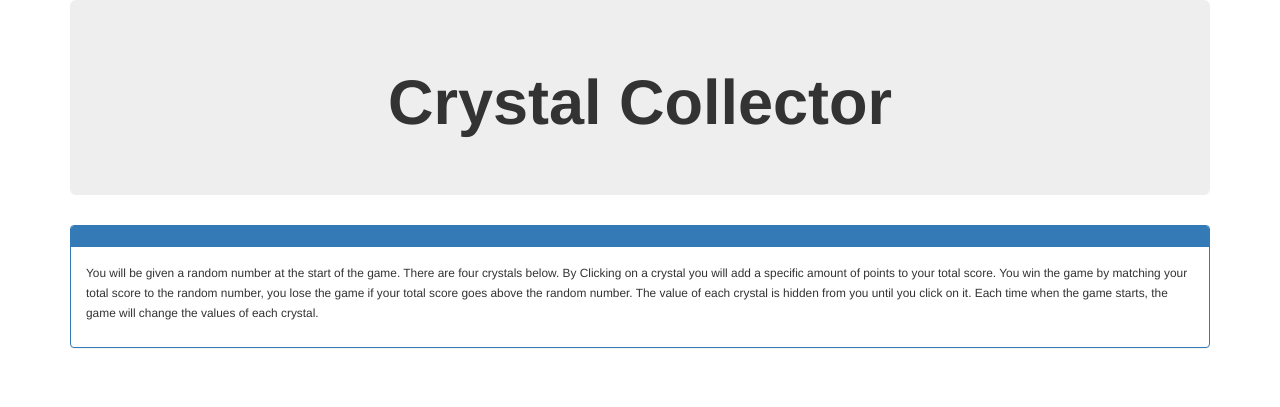
Repository: mikecherry1/week-4-game
Page: index.html
The author's editor kept a copy of each file at every save. The page is drawn from the files as they stood at one save, then again after the next save.
The browser window is 1280 px wide. The pictures show the whole page.

Above is the page before, as saved 2017-11-19 18:21:53.

### index.html
<!doctype html>
<html lang="en">
  <head>

    <!-- Required meta tags -->
    <meta charset="utf-8">
    <meta name="viewport" content="width=device-width, initial-scale=1, shrink-to-fit=no">

    <!-- Bootstrap CSS -->
    <link rel="stylesheet" <link href="https://maxcdn.bootstrapcdn.com/bootstrap/3.3.7/css/bootstrap.min.css" rel="stylesheet" integrity="sha384-BVYiiSIFeK1dGmJRAkycuHAHRg32OmUcww7on3RYdg4Va+PmSTsz/K68vbdEjh4u"
        crossorigin="anonymous">
  </head>
  <body>

    <div class="container">

        <div class="jumbotron" style "bg-color: purple; color: white;">
        <div class="container">
            <h1 class="text-center"><strong>Crystal Collector</strong></h1>
        </div>
    </div>

    <div class="row">

        <div class="col-lg-12">

            <div class="panel panel-primary">
                <div class="panel-heading">
                    <h3 class="panel-title text-center"<Instructions></h3>
                </div>
                <div class="panel-body">
                    <p><small>You will be given a random number at the start of the game. There are four crystals below. By Clicking on a crystal you will add a specific amount of points to your total score. You win the game by matching your total score to the random number, you lose the game if your total score goes above the random number. The value of each crystal is hidden from you until you click on it. Each time when the game starts, the game will change the values of each crystal.</small></p>
            </div>


        </div>

    </div>



    </div>



  </body>
</html>

After the next save:
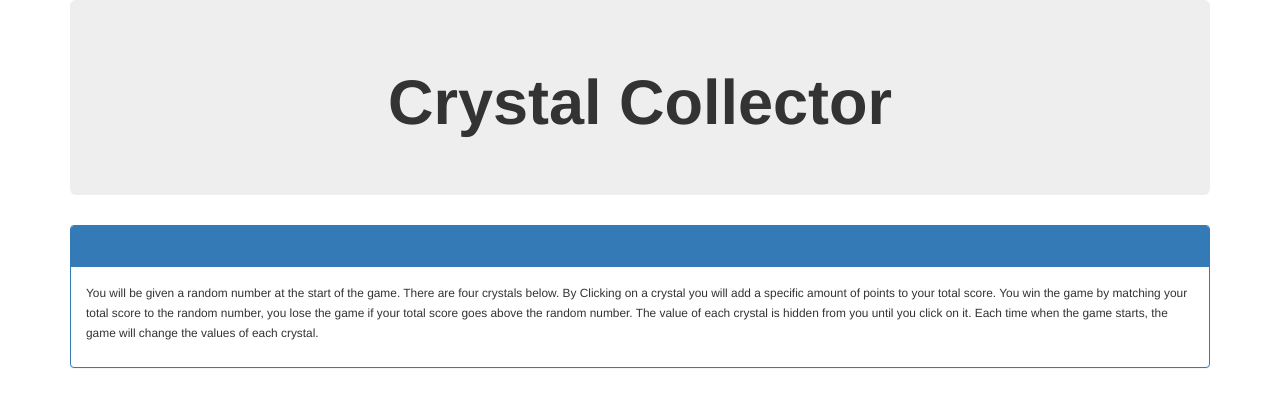
Saved 27 s later.
--- a/index.html
+++ b/index.html
@@ -26,7 +26,7 @@
 
             <div class="panel panel-primary">
                 <div class="panel-heading">
-                    <h3 class="panel-title text-center"<Instructions></h3>
+                    <h3 class="text-center"<Instructions></h3>
                 </div>
                 <div class="panel-body">
                     <p><small>You will be given a random number at the start of the game. There are four crystals below. By Clicking on a crystal you will add a specific amount of points to your total score. You win the game by matching your total score to the random number, you lose the game if your total score goes above the random number. The value of each crystal is hidden from you until you click on it. Each time when the game starts, the game will change the values of each crystal.</small></p>
